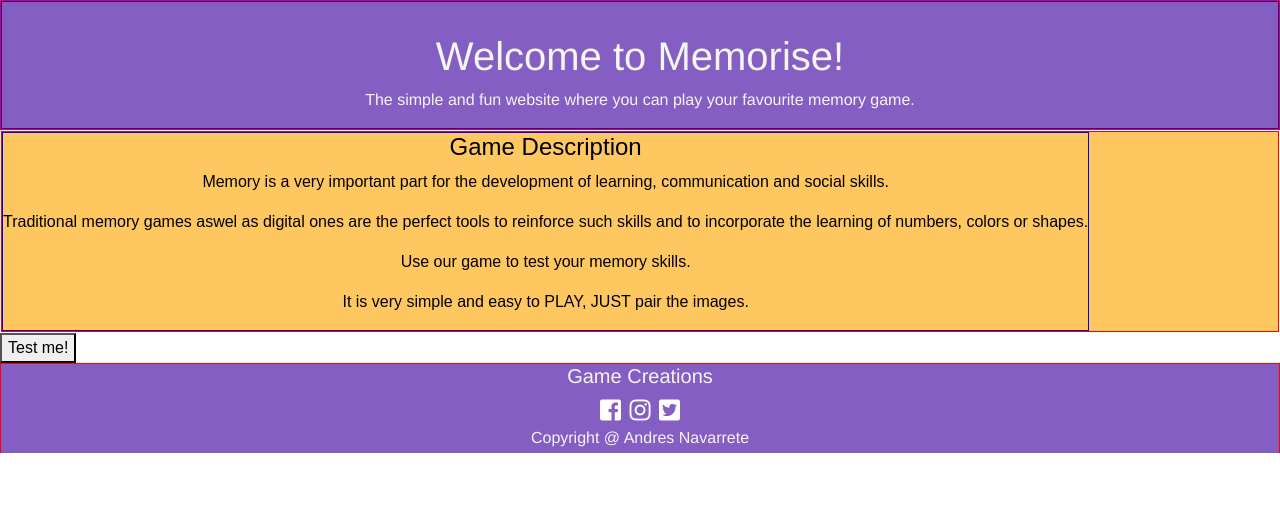
Repository: andna5980/memorise
Page: index.html
These files come from the project's save history. The page is drawn as it stood at one moment and after the next save; the edit follows.
The browser window is 1280 px wide. The pictures show the whole page.
Some web fonts or font styles are not loaded; a fallback is used. Some web libraries are served in a nearby version.

Above is the page before, as saved 2021-04-23 13:27:30.

### index.html
<!DOCTYPE html>
<html lang="en">

<head>
    <meta charset="UTF-8">
    <meta http-equiv="X-UA-Compatible" content="IE=edge">
    <meta name="viewport" content="width=device-width, initial-scale=1.0">
    <meta name="author" content="Andres Navarrete">
    <meta name="description" content="Web-based Memory Game">
    <title>MEMORISE | GAME</title>
    <link rel="stylesheet" href="https://cdn.jsdelivr.net/npm/bootstrap@4.5.3/dist/css/bootstrap.min.css"
        integrity="sha384-TX8t27EcRE3e/ihU7zmQxVncDAy5uIKz4rEkgIXeMed4M0jlfIDPvg6uqKI2xXr2" crossorigin="anonymous">
    <link rel="stylesheet" href="https://use.fontawesome.com/releases/v5.6.3/css/all.css"
        integrity="sha384-UHRtZLI+pbxtHCWp1t77Bi1L4ZtiqrqD80Kn4Z8NTSRyMA2Fd33n5dQ8lWUE00s/" crossorigin="anonymous">
    <link href="./assets/styles/style.css" rel="stylesheet">

</head>

<body>
    <header>
        <div class="test-red">
            <div class="welcome-test test-blue">
                <h1>Welcome to Memorise!</h1>
                <p>
                    The simple and fun website where you can play your favourite memory game.
                </p>

            </div>
        </div>
    </header>


    <div class="game-description row test-red">
        <div class="test-blue">
            <h4>Game Description</h4>
            <p>
                Memory is a very important part for the development of learning, communication and social skills.
            </p>
            <p>Traditional memory games aswel as digital ones are the perfect tools to reinforce such skills and to
                incorporate the learning of numbers, colors or shapes.</p>
            Use our game to test your memory skills.
            </p>
            <p>It is very simple and easy to PLAY, JUST pair the images. </p>
        </div>

    </div>


    <button id="button">Test me!</button>

    <footer>
        <div class="social-networks test-red">
            <h5>Game Creations</h5>

            <a href="http://facebook.com" target="_blank"><i class="fab fa-facebook-square"></i></a>

            <a href="http://instagram.com" target="_blank"><i class="fab fa-instagram"></i></a>

            <a href="http://twitter.com" target="_blank"><i class="fab fa-twitter-square"></i></a>

            <h6>Copyright @ Andres Navarrete</h6>

        </div>


    </footer>

</body>

</html>

### assets/styles/style.css
@import url('https://fonts.googleapis.com/css2?family=Amatic+SC&family=Original+Surfer&display=swap');

body {
    font-family: Arial, Helvetica, sans-serif;
    color: whitesmoke;
    max-width: 2000px;
}

header {
    font-family: Original Surfer, Amatic, Helvetica;
    color: whitesmoke;
    background-color: #845EC2;
}


/*   ROWS AND COLUMM AREAS   */
.test-red{
    border:1px solid red
}

.test-blue {
    border: 1px solid blue;
}

/*------------------------------------------HEADER------------------------*/

.welcome-test {
    text-align: center;
    margin-top: 25px 0;
    padding-top: 30px;
}









/*----------------------------------GAME DESCRIPTION -----------------------*/

.game-description {
    margin: 1px;
    background-color: #FFC75F;
    color: black;
    text-align: center;
}










/*--------------------------------PLAY ZONE--------------------------------*/







/*--------------------------------FOOTER--------------------------------*/

footer {
    font-family: Original Surfer, Amatic, Helvetica;
    color: whitesmoke;
    background-color: #845EC2;
    height: 90px;
    width: 100%;
    overflow: hidden;
}

.social-networks {
    text-align: center;
}

.social-networks a {
    color: white;
    margin: 1px;
    padding: 1px;
    display: inline-block;
    transition: all 0.35s ease-in-out;
    -moz-transition: all 0.35s ease-in-out;
    -webkit-transition: all 0.35s ease-in-out;
    -o-transition: all 0.35s ease-in-out;
}

.social-networks a i:hover {
    color:#F9F871;
}

.social-networks i {
    font-size: 150%;
}

After the next save:
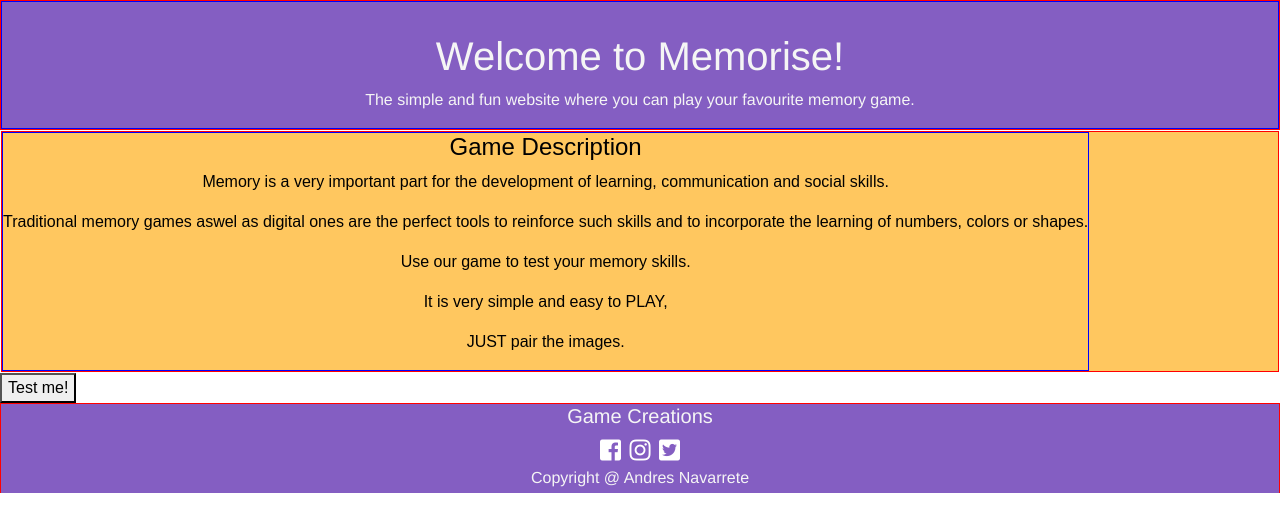
Saved 31 s later.
--- a/index.html
+++ b/index.html
@@ -40,7 +40,8 @@
                 incorporate the learning of numbers, colors or shapes.</p>
             Use our game to test your memory skills.
             </p>
-            <p>It is very simple and easy to PLAY, JUST pair the images. </p>
+            <p>It is very simple and easy to PLAY,</p>
+            <p> JUST pair the images. </p>
         </div>
 
     </div>
